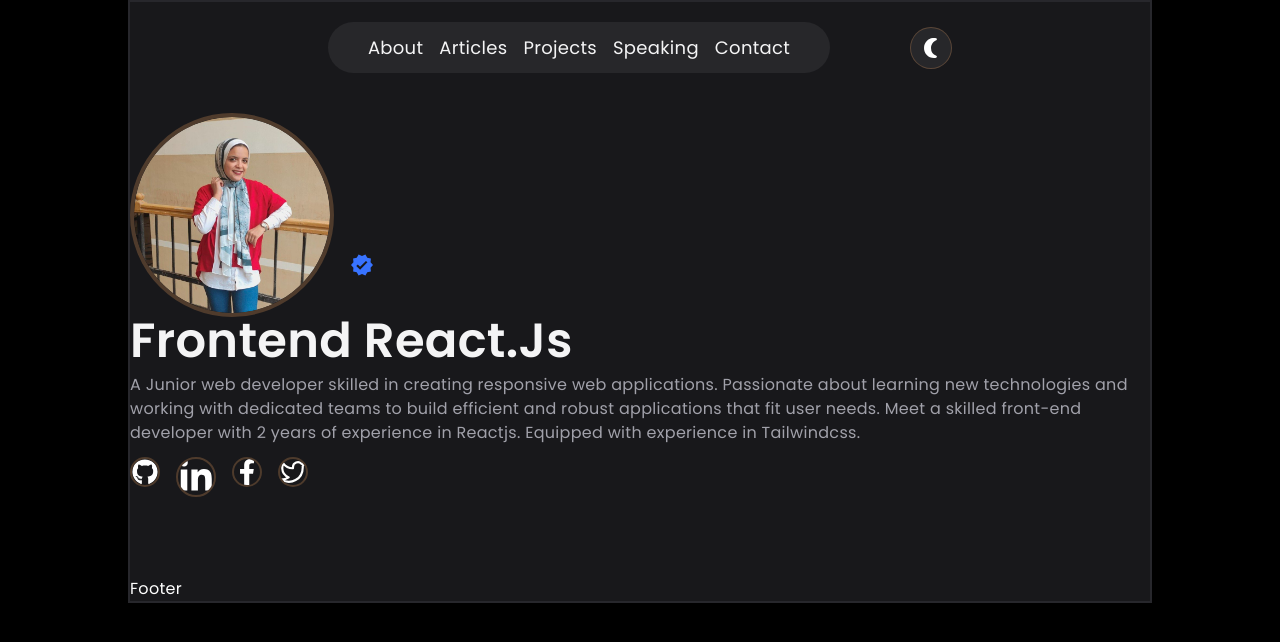
Repository: Wafaabahgat/Portfolio
Page: /
An editor plug-in stored every save of this project. The page is shown before and after a run of saves, followed by the edit.
The browser window is 1280 px wide. The pictures show the whole page.
The project was rebuilt for these pictures with package versions that can differ from the ones it lists, and the page was loaded fresh each time. Also part of the build but not shown: vite.config.ts, src/App.css, src/ErrorPage.tsx.

Above is the page before, as saved 2023-12-08 03:33:03.

After the next 2 saves:
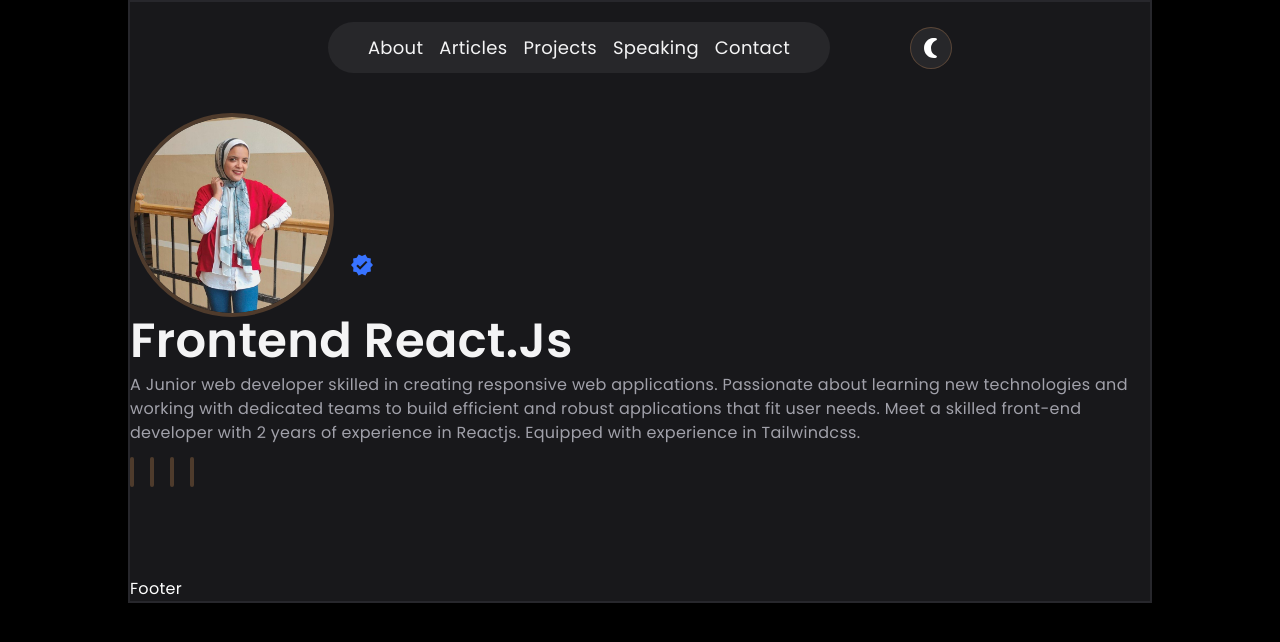
The 2 saves are shown as one change because they came seconds apart.
The last was saved 8 s later.
--- a/src/components/home/Hero.tsx
+++ b/src/components/home/Hero.tsx
@@ -28,9 +28,9 @@ const Hero: FC<HeroProps> = () => {
             fit user needs. Meet a skilled front-end developer with 2 years of
             experience in Reactjs. Equipped with experience in Tailwindcss.
           </p>
-          <div className="flex gap-4 ">
+          <div className="flex gap-4  w-[40px] h-[40px]">
             <FaGithub className="text-3xl rounded-full  border-2 border-border-menu " />
-            <FaLinkedinIn className="text-3xl rounded-full w-[40px] h-[40px] border-2 border-border-menu " />
+            <FaLinkedinIn className="text-3xl rounded-full border-2 border-border-menu " />
             <FaFacebookF className="text-3xl rounded-full border-2 border-border-menu " />
             <FiTwitter className="text-3xl rounded-full border-2 border-border-menu " />
           </div>
